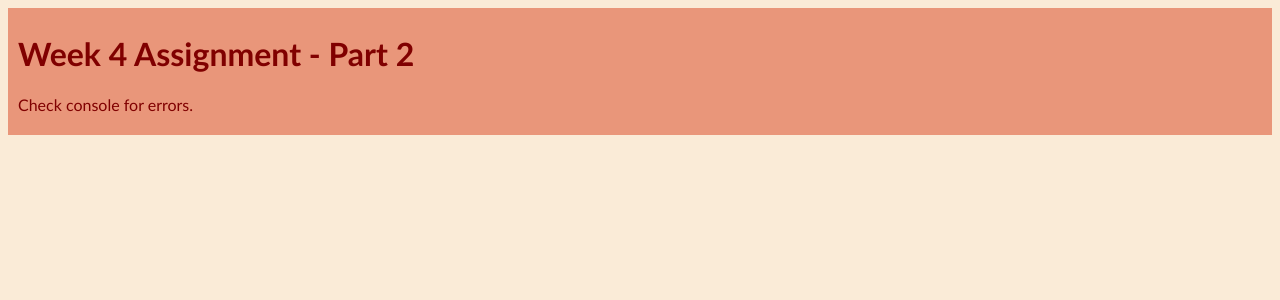
Repository: Ellusionism/prime-pw-week-4-assignment-part-2
Page: assignment/index.html
An editor plug-in stored every save of this project. The page is shown before and after a run of saves, followed by the edit.
The browser window is 1280 px wide. The pictures show the whole page.

Above is the page before, as saved 2022-11-16 17:49:41.

### assignment/index.html
<!DOCTYPE html>
<meta name="viewport" content="width=device-width">
<html lang="en-US">
  <head>
    <meta charset="utf-8">
    <title>Week 4 Assignment</title>
    <link rel="stylesheet" href="stylesheet.css">
    <!-- Create and CSS file -->
  </head>
  <body>
    <header class="homepageHeader">
      <h1>Week 4 Assignment - Part 2</h1>
      <p>Check console for errors.</p>
  </header>
  <div>

  </div>
  </body>
</html>

### assignment/stylesheet.css
body {
 font-family:'Trebuchet MS', 'Lucida Sans Unicode', 'Lucida Grande', 'Lucida Sans', Arial, sans-serif;
 background-color:antiquewhite;
}

.homepageHeader {
 background-color:darksalmon;
 padding: 5px 10px;
 color: maroon;
}

After the next 3 saves:
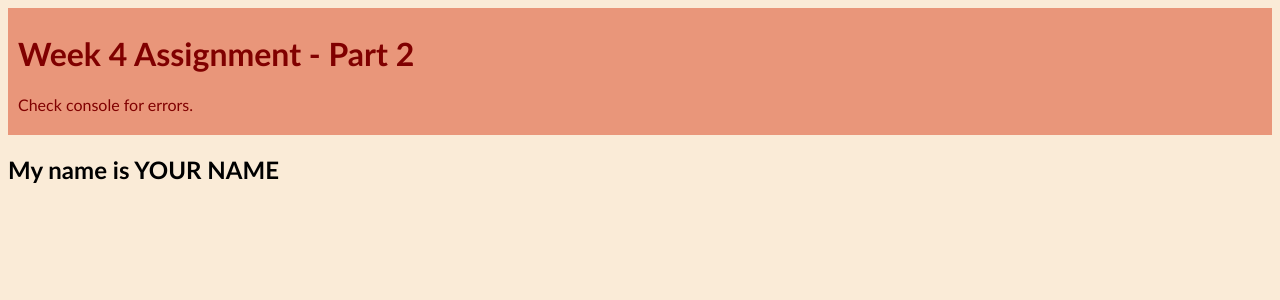
The 3 saves are shown as one change because they came seconds apart.
The last was saved 42 s later.
--- a/assignment/index.html
+++ b/assignment/index.html
@@ -13,7 +13,7 @@
       <p>Check console for errors.</p>
   </header>
   <div>
-
+    <h2><h2> My name is YOUR NAME </h2></h2>
   </div>
   </body>
 </html>
